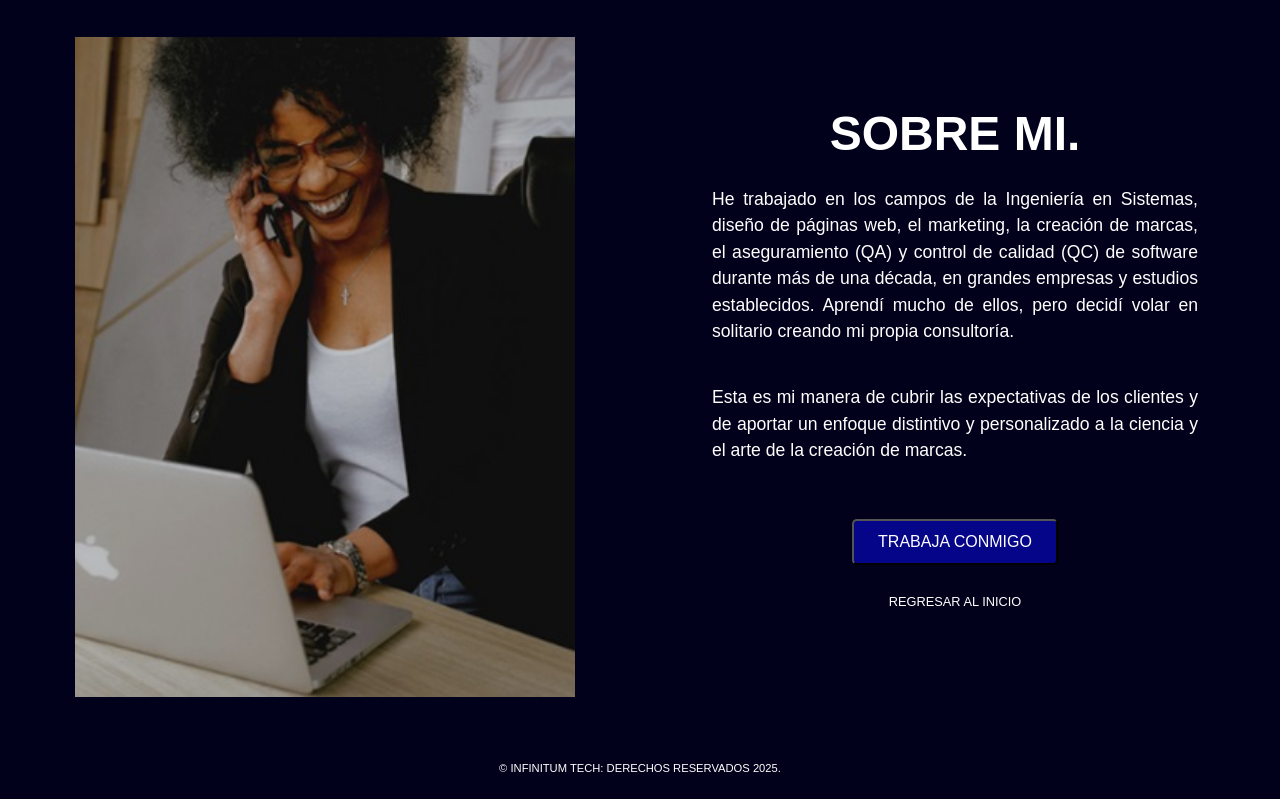
Repository: deleonortega85/INFINITUM-TECH
Page: Sitio_Web_IT/sobre_mi.html
An editor plug-in stored every save of this project. The page is shown before and after the next save, followed by the edit.
The browser window is 1280 px wide. The pictures show the whole page.

Above is the page before, as saved 2026-01-27 14:22:01.

### Sitio_Web_IT/sobre_mi.html
<!DOCTYPE html>
<html lang="es">
<head>
  <meta charset="UTF-8">
  <meta name="viewport" content="width=device-width, initial-scale=1.0">
  <title>SOBRE MI</title>
  <link href="normalize.css" rel="stylesheet">
  <link href="sobre_mi.css" rel="stylesheet" >
  <link rel="shortcut icon" href="iconos/Pagina IT.ico">
</head>
<body>
  <main>
    <div class="container">
      <div class="image_main">
        <img src="imagenes/sobre_mi.jpg" alt="Sobre Mi">
      </div>
      <div class="titulo">
        <div class="cuerpo">
          <h2><b>SOBRE MI.</b></h2>
          <p>He trabajado en los campos de la Ingeniería en Sistemas, diseño de páginas web, el  marketing, la creación de marcas, el aseguramiento (QA) y control de calidad (QC) de software durante más de una década, en grandes empresas y estudios establecidos. Aprendí mucho de ellos, pero decidí volar en solitario creando mi propia consultoría.</p><br>
          <p>Esta es mi manera de cubrir las expectativas de los clientes y de aportar un enfoque distintivo y personalizado a la ciencia y el arte de la creación de marcas.</p>
          <br>
          <button  class="boton" type="submit"><a href="./trabaja_conmigo.html">TRABAJA CONMIGO</a></button>
          <br>
          <a href="./index.html"><small class="Back">REGRESAR AL INICIO</small></a>
          <br>
        </div>
      </div>
    </div>
  </main>
  <footer>
    <div class="footer-copyright">
      <small class="derechos-reservados">&copy; INFINITUM TECH: DERECHOS RESERVADOS 2025.</small>
    </div>
  </footer>
</body>
</html>

### Sitio_Web_IT/sobre_mi.css
* {
  margin: 0;
  padding: 0;
  box-sizing: border-box;
  font-family: sans-serif;
}

html {
  scroll-behavior: smooth;
  background-color: rgb(1, 1, 27);
}

body {
  background-color: rgb(1, 1, 27);
  color: white;
  line-height: 1.5;
}

a {
  text-decoration: none;
  color: white;
  transition: color 0.3s ease;
}

a:hover {
  color: silver;
}

.container {
  display: flex;
  flex-wrap: wrap;
  gap: 20px;
  padding: 20px;
}

.image_main {
  display: flex;
  justify-content: center;
  align-items: center;
  flex: 1;
  min-width: 250px;
  padding: 10px;
}

.image_main img {
  width: 100%;
  max-width: 500px;
  height: auto;
  object-fit: contain;
}

.titulo {
  flex: 1;
  min-width: 250px;
  max-width: 100%;
  padding: 10px;
}

.cuerpo {
  display: flex;
  flex-direction: column;
  min-height: 50vh;
  text-align: center;
  align-items: center;
  justify-content: center;
  margin: 3em 2em;
  padding: 20px;
}

.titulo h2 {
  font-size: clamp(1.5rem, 5vw, 3rem);
  margin-bottom: 1rem;
  text-align: justify;
}

.titulo p {
  font-size: clamp(0.9rem, 2vw, 1.1rem);
  margin-bottom: 1rem;
  text-align: justify;
}

.boton {
  display: inline-flex;
  align-items: center;
  justify-content: center;
  padding: 0.75em 1.5em;
  margin-top: 15px;
  font-size: 1rem;
  text-align: center;
  background-color: rgb(5, 5, 138);
  border-radius: 5px;
  transition: all 0.3s ease;
  cursor: pointer;
}

.boton:hover {
  background-color: rgb(41, 41, 219);
  transform: translateY(-5px);
}

footer {
  background-color: rgb(1, 1, 27);
  padding: 20px 0;
}

.footer-copyright {
  text-align: center;
}

.derechos-reservados {
  font-size: 0.7rem;
  margin-top: 15px;
  text-align: center;
}

/* ========== MEDIA QUERIES ========== */

/* Tablets y pantallas medianas */
@media (max-width: 768px) {
  .container {
    flex-direction: column;
    gap: 15px;
    padding: 15px;
  }

  .cuerpo {
    margin: 2em 1em;
    min-height: 30vh;
  }

  .titulo h2 {
    text-align: center;
  }

  .titulo p {
    text-align: justify;
  }
}

/* Móviles pequeños */
@media (max-width: 480px) {
  .container {
    padding: 10px;
    gap: 10px;
  }

  .cuerpo {
    margin: 1em 0.5em;
    padding: 15px;
  }

  .image_main {
    min-width: 100%;
    padding: 5px;
  }

  .titulo {
    padding: 5px;
  }

  .boton {
    width: 100%;
    padding: 1em;
  }

  .derechos-reservados {
    font-size: 0.75rem;
    padding: 0 10px;
  }
}

Loaded but not shown: Sitio_Web_IT/normalize.css (library)

After the next save:
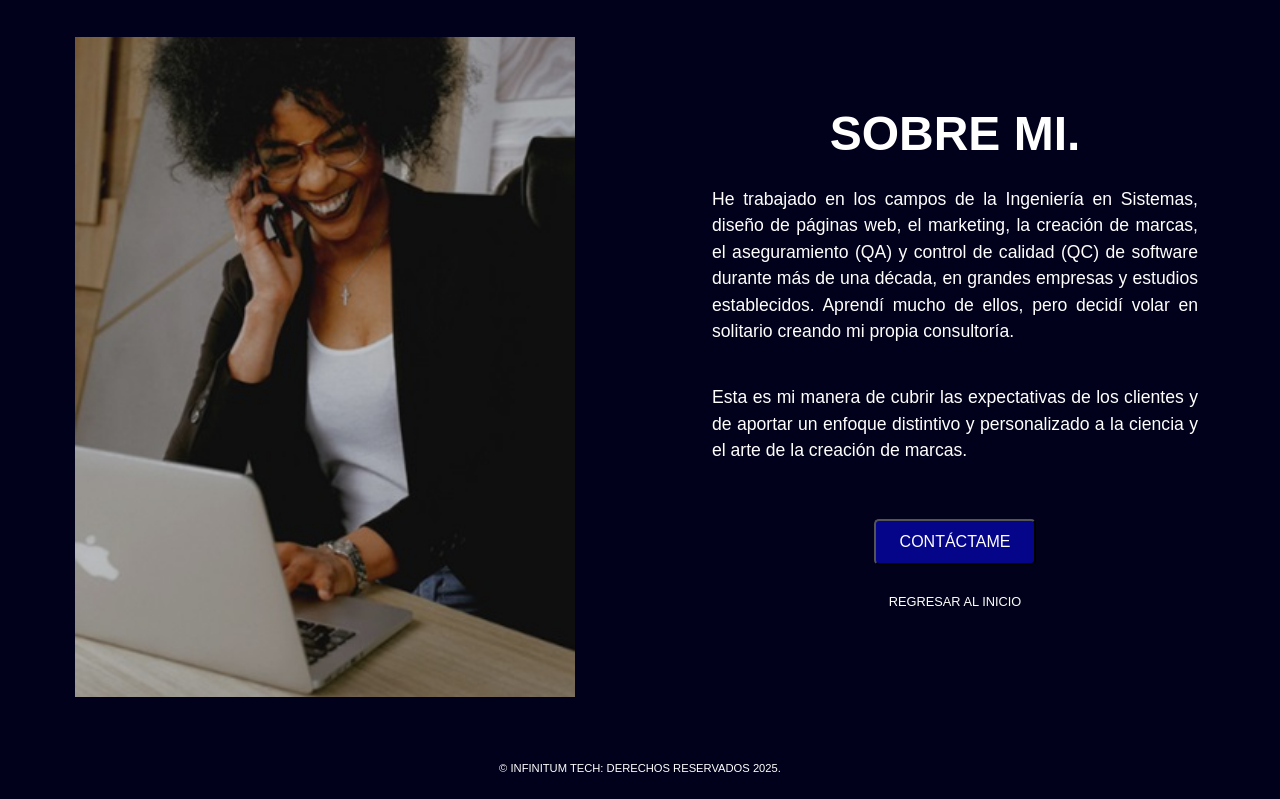
Saved 5 h 29 min later.
--- a/Sitio_Web_IT/sobre_mi.html
+++ b/Sitio_Web_IT/sobre_mi.html
@@ -20,7 +20,7 @@
           <p>He trabajado en los campos de la Ingeniería en Sistemas, diseño de páginas web, el  marketing, la creación de marcas, el aseguramiento (QA) y control de calidad (QC) de software durante más de una década, en grandes empresas y estudios establecidos. Aprendí mucho de ellos, pero decidí volar en solitario creando mi propia consultoría.</p><br>
           <p>Esta es mi manera de cubrir las expectativas de los clientes y de aportar un enfoque distintivo y personalizado a la ciencia y el arte de la creación de marcas.</p>
           <br>
-          <button  class="boton" type="submit"><a href="./trabaja_conmigo.html">TRABAJA CONMIGO</a></button>
+          <button  class="boton" type="submit"><a href="https://wa.me/5492216300509" class="btn">CONTÁCTAME</a></button>
           <br>
           <a href="./index.html"><small class="Back">REGRESAR AL INICIO</small></a>
           <br>
